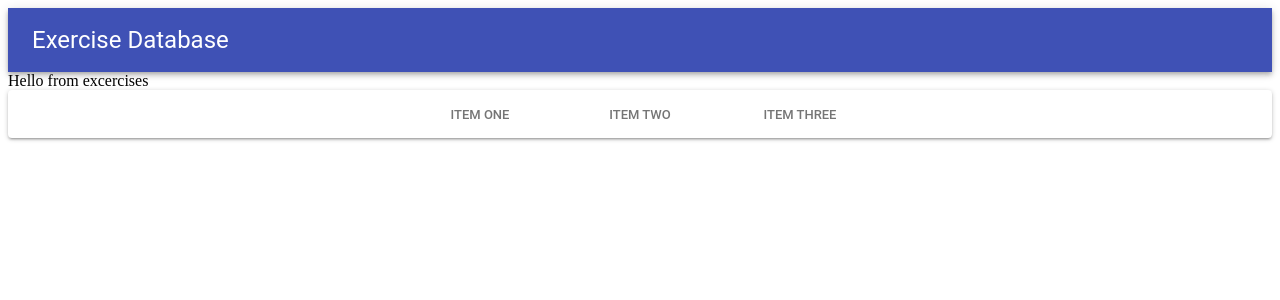
Repository: Votex874/material-ui
Page: /
The author's editor kept a copy of each file at every save. The page is drawn from the files as they stood at one save, then again after the next save.
The browser window is 1280 px wide. The pictures show the whole page.
The project was rebuilt for these pictures with package versions that can differ from the ones it lists, and the page was loaded fresh each time.

Above is the page before, as saved 2019-03-23 17:26:14.

### src/index.js
import React from 'react';
import ReactDOM from 'react-dom';
import App from './Components/App';
import * as serviceWorker from './serviceWorker';

ReactDOM.render(<App />, document.getElementById('root'));

// If you want your app to work offline and load faster, you can change
// unregister() to register() below. Note this comes with some pitfalls.
// Learn more about service workers: https://bit.ly/CRA-PWA
serviceWorker.unregister();

### src/Components/App.js
import React, { Component, Fragment } from 'react';
import { Header, Footer } from './Layouts/index'
import Excersises from './Exercises/index'


class App extends Component {
  render() {
    return (
      <Fragment>
        <Header />
        <Excersises />
        <Footer />
      </Fragment>
    );
  }
}

export default App;

### src/Components/Layouts/index.js
import Header from './Header'
import Footer from './Footer'

export {
  Header, Footer
}

### src/Components/Exercises/index.js
import React from 'react'

export default props =>
  <div>
    Hello from excercises
  </div>

### src/Components/Layouts/Header.js
import React from 'react';
import { AppBar, Toolbar, Typography } from '@material-ui/core'


const Header = props => {
  return (
    <AppBar position="static">
      <Toolbar>
        <Typography variant="headline" color="inherit">Exercise Database</Typography>
      </Toolbar>
    </AppBar>
  );
}

export default Header

### src/Components/Layouts/Footer.js
import React from 'react';
import { Paper, Tabs, Tab } from '@material-ui/core'

const Footer = props => {
  return (
    <Paper>
      <Tabs
        indicatorColor="primary"
        textColor="primary"
        centered
      >
        <Tab label="Item One" />
        <Tab label="Item Two" />
        <Tab label="Item Three" />
      </Tabs>
    </Paper>
  );
}

export default Footer

Loaded but not shown: public/index.html (common file); src/serviceWorker.js (common file)

After the next save:
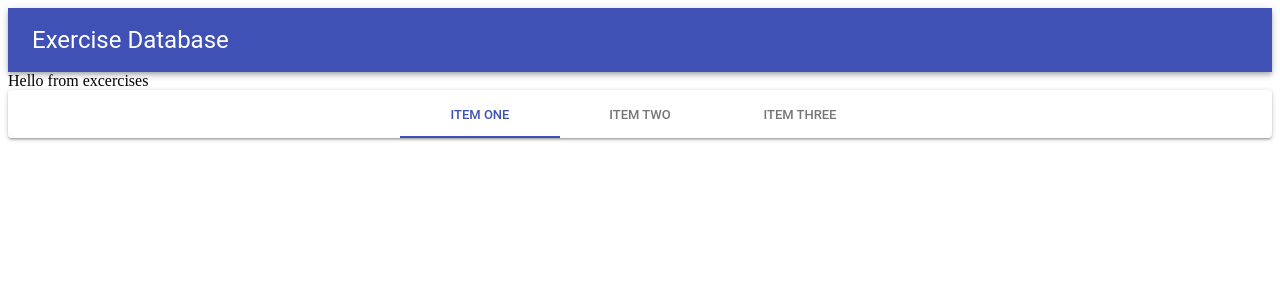
Saved 15 s later.
--- a/src/Components/Layouts/Footer.js
+++ b/src/Components/Layouts/Footer.js
@@ -5,6 +5,7 @@ const Footer = props => {
   return (
     <Paper>
       <Tabs
+        value={0}
         indicatorColor="primary"
         textColor="primary"
         centered
